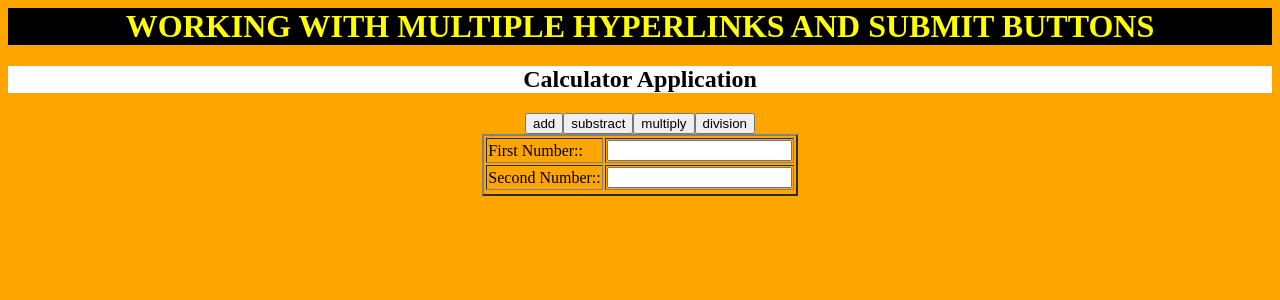
Repository: shivaramkrishna53/SERVLET_PROJECTS
Page: proj11-workingwithmultiplehyperlinksandsubmitbuttons/WebContent/input.html
An editor plug-in stored every save of this project. The page is shown before and after the next save, followed by the edit.
The browser window is 1280 px wide. The pictures show the whole page.

Above is the page before, as saved 2021-01-12 08:23:57.

### proj11-workingwithmultiplehyperlinksandsubmitbuttons/WebContent/input.html
<html>
<head>
<title>calculator</title>
</head>
<body bgcolor="orange">
<center>
<h1 style="text-align: center;background: black;color:YELLOW">WORKING WITH MULTIPLE HYPERLINKS AND SUBMIT BUTTONS</h1>
<h2 style="text-align:center;background: white" colr:red">Calculator Application</h2>
<table border="2" >
<tr>
<td>First Number::</td>
<td>
<input type="text" name="first"/>
</td>
</tr>
<tr>
<td>Second Number::
</td>
<td>
<input type="text" name="second"/>
</td>
</tr>
<tr>
<input type="button" name="cal" value="add"/>
<input type="button" name="cal" value="substract"/>
<input type="button" name="cal" value="multiply"/>
<input type="button" name="cal" value="division"/>
</tr>
</table>
</center>
</body>
</html>

After the next save:
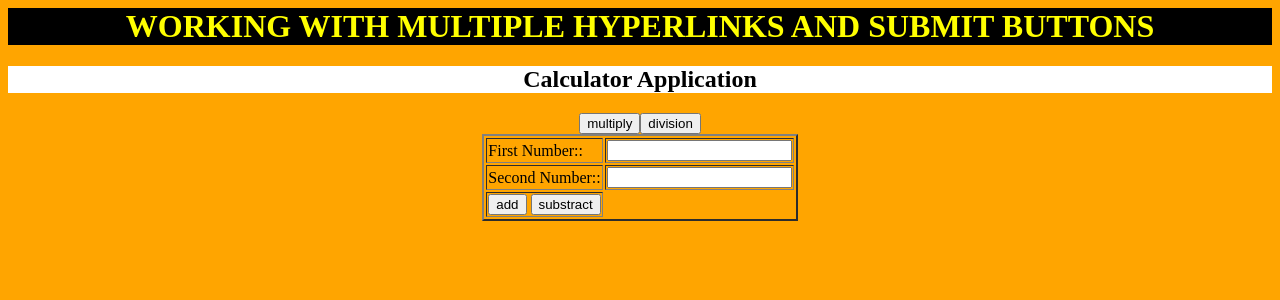
Saved 36 s later.
--- a/proj11-workingwithmultiplehyperlinksandsubmitbuttons/WebContent/input.html
+++ b/proj11-workingwithmultiplehyperlinksandsubmitbuttons/WebContent/input.html
@@ -21,8 +21,10 @@
 </td>
 </tr>
 <tr>
+<td>
 <input type="button" name="cal" value="add"/>
 <input type="button" name="cal" value="substract"/>
+</td>
 <input type="button" name="cal" value="multiply"/>
 <input type="button" name="cal" value="division"/>
 </tr>
